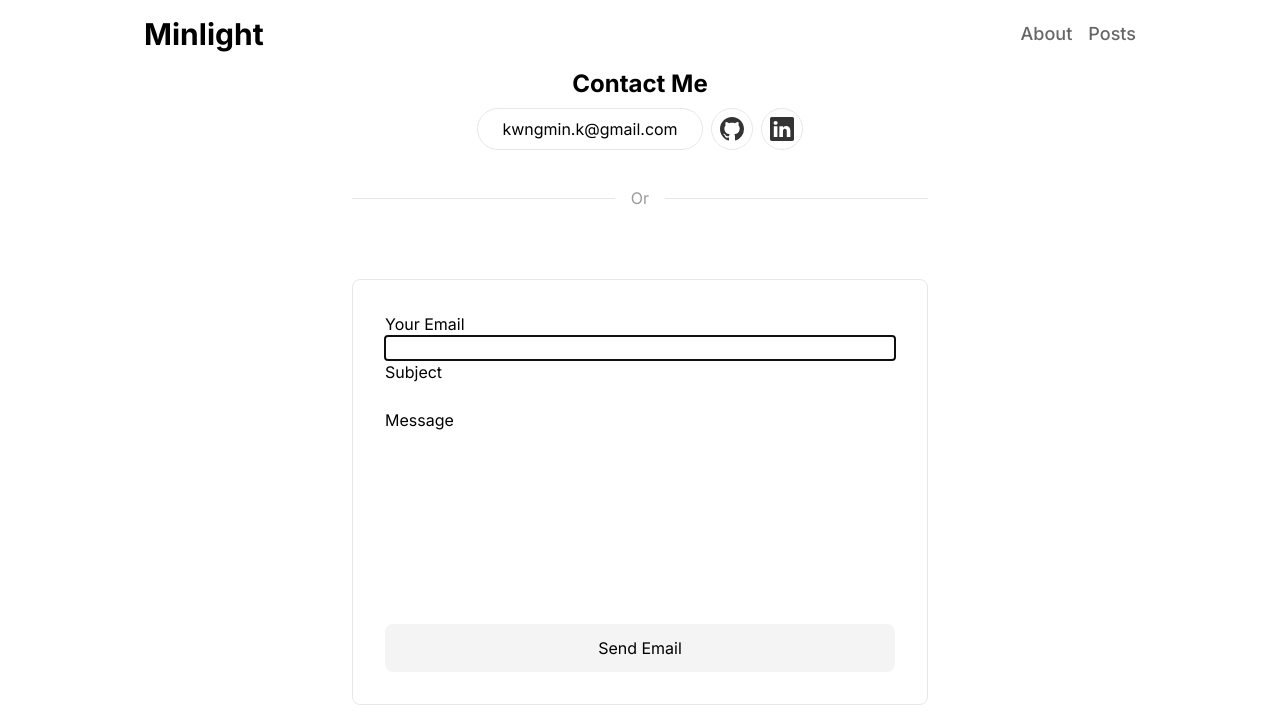
Repository: kwngmin/minlight-blog
Page: /contact
These files come from the project's save history. The page is drawn as it stood at one moment and after the next save; the edit follows.
The browser window is 1280 px wide. The pictures show the whole page.
An inner scrolling area shows only its first screen. The project was rebuilt for these pictures with package versions that can differ from the ones it lists, and the page was loaded fresh each time. The framework's server and built-in components were replaced by stand-ins that run in the browser. Also part of the build but not shown: next.config.js, src/components/banner.tsx.

Above is the page before, as saved 2023-04-03 17:23:12.

### src/app/layout.tsx
import Footer from "@/components/Footer";
import "./globals.css";
import { Inter } from "next/font/google";
import Header from "@/components/Header";

const inter = Inter({ subsets: ["latin"] });

export const metadata = {
  title: "Create Next App",
  description: "Generated by create next app",
};

export default function RootLayout({
  children,
}: {
  children: React.ReactNode;
}) {
  return (
    <html lang="en" className={inter.className}>
      <body className="flex flex-col">
        <Header />
        <main className="max-w-screen-lg mx-auto w-full grow px-4">
          {children}
        </main>
        <Footer />
      </body>
    </html>
  );
}

### src/app/contact/page.tsx
import ContactForm from "@/components/ContactForm";
import { BsLinkedin, BsGithub } from "react-icons/bs";
export default function ContactPage() {
  const LINKS = [
    { icon: <BsGithub />, url: "https://github.com/kwngmin" },
    {
      icon: <BsLinkedin />,
      url: "https://www.linkedin.com/in/%EA%B4%91%EB%AF%BC-%EA%B9%80-52b83a25a/",
    },
  ];
  return (
    <section className="flex flex-col items-center gap-2 max-w-xl mx-auto">
      <h2 className="text-2xl font-bold">Contact Me</h2>
      <ul className="flex justify-center items-center gap-2">
        <a
          href="mailto:kwngmin.k@gmail.com"
          className="px-6 rounded-full hover:bg-black hover:text-white py-2 border"
        >
          kwngmin.k@gmail.com
        </a>
        {LINKS.map(({ url, icon }, index) => (
          <a
            href={url}
            key={index}
            target="_blank"
            rel="noreferrer"
            className="text-2xl text-black/80 hover:bg-black hover:text-white rounded-full p-2 border"
          >
            {icon}
          </a>
        ))}
      </ul>
      <div className="w-full relative flex justify-center">
        <div className="w-full my-10 border-b"></div>
        <span className="absolute top-7 bg-white px-4 text-black/40">Or</span>
      </div>
      <ContactForm />
    </section>
  );
}

### src/components/Footer.tsx
export default function Footer() {
  return (
    <section className="text-center py-16 text-black/30 border-t mt-12">
      © 2023 Minlight
    </section>
  );
}

### src/app/globals.css
@tailwind base;
@tailwind components;
@tailwind utilities;

* {
  box-sizing: border-box;
  padding: 0;
  margin: 0;
}

html,
body {
  height: 100vh;
  overflow-y: auto;
}

/*
:root {
  --max-width: 1100px;
  --border-radius: 12px;
  --font-mono: ui-monospace, Menlo, Monaco, "Cascadia Mono", "Segoe UI Mono",
    "Roboto Mono", "Oxygen Mono", "Ubuntu Monospace", "Source Code Pro",
    "Fira Mono", "Droid Sans Mono", "Courier New", monospace;

  --foreground-rgb: 0, 0, 0;
  --background-start-rgb: 214, 219, 220;
  --background-end-rgb: 255, 255, 255;

  --primary-glow: conic-gradient(
    from 180deg at 50% 50%,
    #16abff33 0deg,
    #0885ff33 55deg,
    #54d6ff33 120deg,
    #0071ff33 160deg,
    transparent 360deg
  );
  --secondary-glow: radial-gradient(
    rgba(255, 255, 255, 1),
    rgba(255, 255, 255, 0)
  );

  --tile-start-rgb: 239, 245, 249;
  --tile-end-rgb: 228, 232, 233;
  --tile-border: conic-gradient(
    #00000080,
    #00000040,
    #00000030,
    #00000020,
    #00000010,
    #00000010,
    #00000080
  );

  --callout-rgb: 238, 240, 241;
  --callout-border-rgb: 172, 175, 176;
  --card-rgb: 180, 185, 188;
  --card-border-rgb: 131, 134, 135;
}

@media (prefers-color-scheme: dark) {
  :root {
    --foreground-rgb: 255, 255, 255;
    --background-start-rgb: 0, 0, 0;
    --background-end-rgb: 0, 0, 0;

    --primary-glow: radial-gradient(rgba(1, 65, 255, 0.4), rgba(1, 65, 255, 0));
    --secondary-glow: linear-gradient(
      to bottom right,
      rgba(1, 65, 255, 0),
      rgba(1, 65, 255, 0),
      rgba(1, 65, 255, 0.3)
    );

    --tile-start-rgb: 2, 13, 46;
    --tile-end-rgb: 2, 5, 19;
    --tile-border: conic-gradient(
      #ffffff80,
      #ffffff40,
      #ffffff30,
      #ffffff20,
      #ffffff10,
      #ffffff10,
      #ffffff80
    );

    --callout-rgb: 20, 20, 20;
    --callout-border-rgb: 108, 108, 108;
    --card-rgb: 100, 100, 100;
    --card-border-rgb: 200, 200, 200;
  }
}

* {
  box-sizing: border-box;
  padding: 0;
  margin: 0;
}

html,
body {
  max-width: 100vw;
  overflow-x: hidden;
}

body {
  color: rgb(var(--foreground-rgb));
  background: linear-gradient(
      to bottom,
      transparent,
      rgb(var(--background-end-rgb))
    )
    rgb(var(--background-start-rgb));
}

a {
  color: inherit;
  text-decoration: none;
}

@media (prefers-color-scheme: dark) {
  html {
    color-scheme: dark;
  }
} */

### src/components/Header.tsx
import Link from "next/link";

const navData = [
  { name: "About", path: "/about" },
  { name: "Posts", path: "/posts" },
];

export default function Header() {
  return (
    <div className="w-full flex justify-between items-center p-4 mx-auto max-w-screen-lg">
      <Link href="/">
        <h1 className="text-3xl font-bold">Minlight</h1>
      </Link>
      <nav className="flex gap-4 px-4 lg:px-0">
        {navData.map(({ name, path }) => (
          <Link
            href={path}
            key={path}
            className="text-black/60 hover:text-black text-lg font-medium hover:underline decoration-slate-400 hover:decoration-4 underline-offset-8"
          >
            {name}
          </Link>
        ))}
      </nav>
    </div>
  );
}

### src/components/ContactForm.tsx
"use client";
import { ChangeEvent, FormEvent, useState } from "react";
import Banner, { BannerData } from "./banner";
import TextareaAutosize from "react-textarea-autosize";

type Form = {
  from: string;
  subject: string;
  message: string;
};
export default function ContactForm() {
  const [form, setForm] = useState<Form>({
    from: "",
    subject: "",
    message: "",
  });
  const [banner, setBanner] = useState<BannerData | null>(null);
  const onChange = (e: ChangeEvent<HTMLInputElement | HTMLTextAreaElement>) => {
    const { name, value } = e.target;
    setForm((prev) => ({ ...prev, [name]: value }));
  };
  const onSubmit = (e: FormEvent<HTMLFormElement>) => {
    e.preventDefault();
    console.log(e.target);
    setBanner({ message: "성공했어", state: "success" });
    // setTimeout(() => {
    //   setBanner(null);
    // }, 5000);
    // setForm({
    //   from: "",
    //   subject: "",
    //   message: "",
    // });
  };
  return (
    <section className="w-full">
      {banner && <Banner banner={banner} />}
      <form
        onSubmit={onSubmit}
        className="flex flex-col border p-8 w-full rounded-lg my-8"
      >
        <label htmlFor="from">Your Email</label>
        <input
          type="email"
          id="from"
          required
          autoFocus
          name="from"
          value={form.from}
          onChange={onChange}
        />
        <label htmlFor="subject">Subject</label>
        <input
          type="string"
          id="subject"
          required
          name="subject"
          value={form.subject}
          onChange={onChange}
        />
        <label htmlFor="message">Message</label>
        <TextareaAutosize
          rows={6}
          minRows={6}
          id="message"
          required
          name="message"
          value={form.message}
          onChange={onChange}
          className="mb-4 resize-none p-4"
        />
        <button className="bg-zinc-100 hover:bg-zinc-300 rounded-lg h-12">
          Send Email
        </button>
      </form>
    </section>
  );
}

### tailwind.config.js
/** @type {import('tailwindcss').Config} */
module.exports = {
  content: ["./src/**/*.{js,ts,jsx,tsx}"],
  theme: {
    extend: {},
  },
  plugins: [require("@tailwindcss/typography")],
};

After the next save:
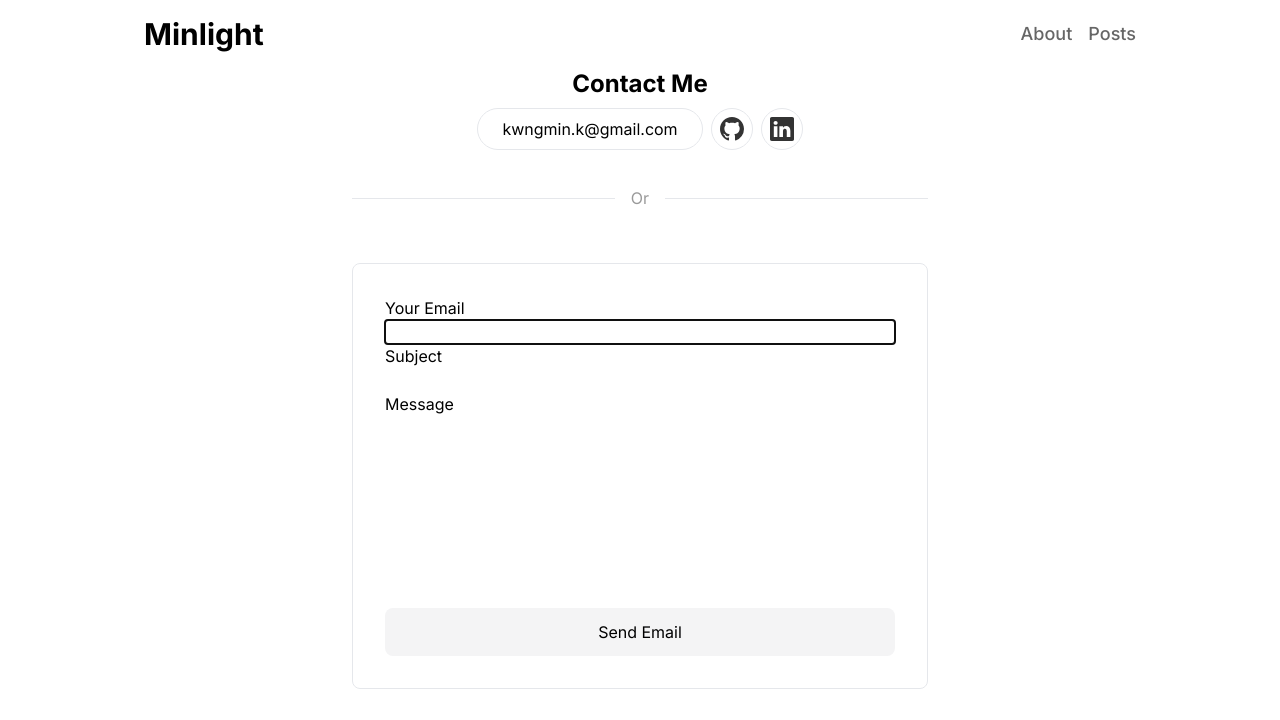
Saved 22 s later.
--- a/src/components/ContactForm.tsx
+++ b/src/components/ContactForm.tsx
@@ -37,7 +37,7 @@ export default function ContactForm() {
       {banner && <Banner banner={banner} />}
       <form
         onSubmit={onSubmit}
-        className="flex flex-col border p-8 w-full rounded-lg my-8"
+        className="flex flex-col border p-8 w-full rounded-lg my-4"
       >
         <label htmlFor="from">Your Email</label>
         <input
